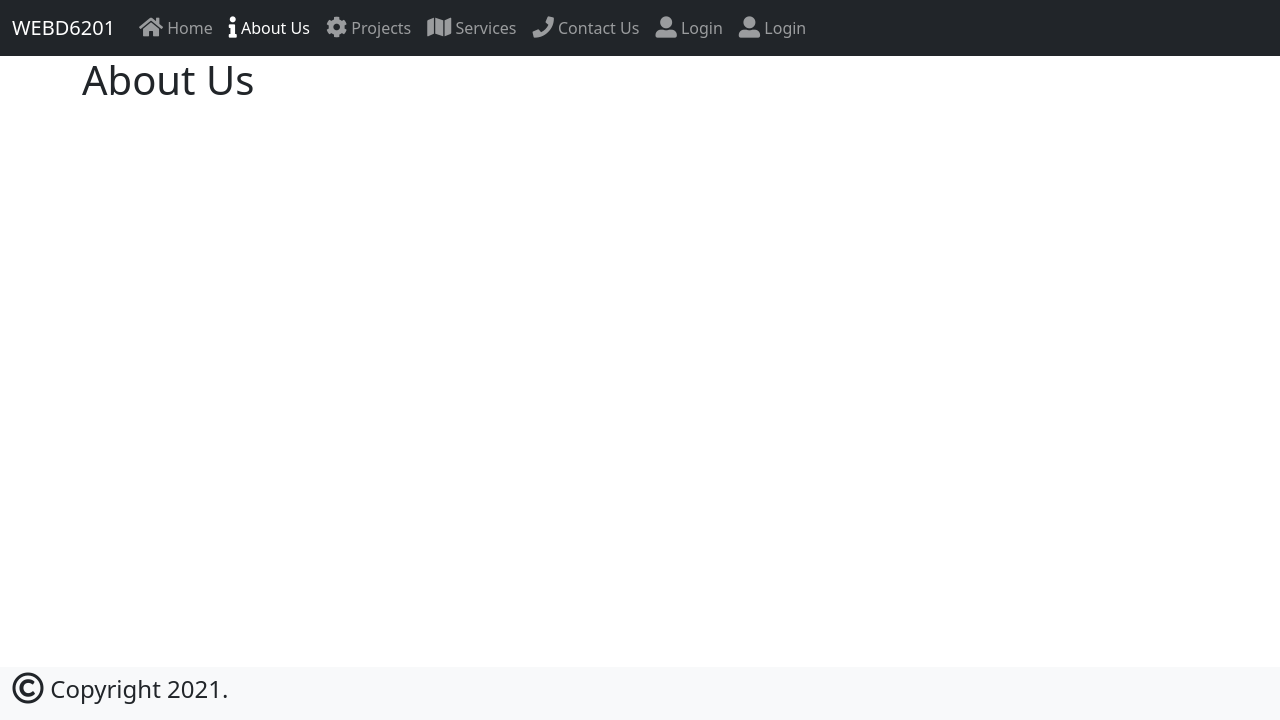
Repository: CKM206/WebD6201-W2021-ICE5
Page: about.html
These files come from the project's save history. The page is drawn as it stood at one moment and after the next save; the edit follows.
The browser window is 1280 px wide. The pictures show the whole page.

Above is the page before, as saved 2021-03-07 00:44:25.

### about.html
<!DOCTYPE html>
<html lang="en">
<head>
    <meta charset="UTF-8">
    <meta name="viewport" content="width=device-width, initial-scale=1.0">
    <title>About</title>
    <!-- CSS Section -->
    <link rel="stylesheet" href="./node_modules/bootstrap/dist/css/bootstrap.min.css">
    <link rel="stylesheet" href="./node_modules/@fortawesome/fontawesome-free/css/all.min.css">
    <link rel="stylesheet" href="./Content/app.css">
</head>
<body>
    <!-- Main Header -->
    <header>
        <!-- Main Navigation -->
        <nav class="navbar navbar-expand-lg navbar-dark bg-dark">
            <div class="container-fluid">
              <a class="navbar-brand" href="index.html">WEBD6201</a>
              <button class="navbar-toggler" type="button" data-bs-toggle="collapse" data-bs-target="#navbarSupportedContent" aria-controls="navbarSupportedContent" aria-expanded="false" aria-label="Toggle navigation">
                <span class="navbar-toggler-icon"></span>
              </button>
              <div class="collapse navbar-collapse" id="navbarSupportedContent">
                <ul class="navbar-nav me-auto mb-2 mb-lg-0">
                  <li class="nav-item">
                    <a class="nav-link" aria-current="page" href="index.html"><i class="fas fa-home fa-lg"></i> Home</a>
                  </li>

                  <li class="nav-item">
                    <a class="nav-link active" aria-current="page" href="about.html"><i class="fas fa-info fa-lg"></i> About Us</a>
                  </li>

                  <li class="nav-item">
                    <a class="nav-link" aria-current="page" href="projects.html"><i class="fas fa-cog fa-lg"></i> Projects</a>
                  </li>

                  <li class="nav-item">
                    <a class="nav-link" aria-current="page" href="services.html"><i class="fas fa-map fa-lg"></i> Services</a>
                  </li>

                  <li class="nav-item">
                    <a class="nav-link" aria-current="page" href="contact.html"><i class="fas fa-phone fa-lg"></i> Contact Us</a>
                  </li>
                 <li class="nav-item">
                    <a class="nav-link" aria-current="page" href="login.html"><i class="fas fa-user-alt fa-lg"></i> Login</a>
                  </li>
                  <li id="loginListItem" class="nav-item">
                    <a class="nav-link" aria-current="page" href="login.html"><i class="fas fa-user-alt fa-lg"></i> Login</a>
                  </li>
                </ul>
              </div>
            </div>
          </nav>
    </header>

    <!-- Main Content -->
    <main class="container">
        <h1>About Us</h1>
    </main>

    <!-- Main Footer -->
    <footer>
        <nav class="navbar fixed-bottom navbar-light bg-light">
            <div class="container-fluid">
              <h4><i class="far fa-copyright fa-lg"></i> Copyright 2021.</h4>
            </div>
          </nav>
    </footer>

    <!-- Script Section-->
    <script src="./node_modules/jquery/dist/jquery.min.js"></script>
    <script src="./node_modules/bootstrap/dist/js/bootstrap.bundle.min.js"></script>

    <script src="./Scripts/namespace.js"></script>
    <script src="./Scripts/app.js"></script>
</body>
</html>

### Content/app.css
/* custom css goes here */
.input-group-addon:first-child
{
    border-right: 0;
}

.input-group-addon
{
    padding: 6px 12px;
    font-size: 14px;
    font-weight: 400;
    line-height: 1;
    text-align: center;
    border: 1px solid darkgrey;
    border-radius: 4xpx;
}

.input-group-addon .fa
{
    font-size: 18px;
}

.input-group .form-control
{
    position:relative;
    z-index: 2;
    float:left;
    width: 100%;
    margin-bottom: 0;
}

.input-group .form-control:last-child
{
    border-top-left-radius: 0;
    border-bottom-left-radius: 0;
}



.login
{
    padding: 2rem 1rem;
    margin-bottom: 2rem;
    background-color: lightgrey;
    border-radius: .3rem;
}

.login input
{
    background-color: white;
    border-color: darkgrey;
    border-radius: .4em;
    width: 100%;
}

### Scripts/namespace.js

// namespace core
let core;

### Scripts/app.js
/* custom JavaScript goes here */

//IIFE - Immediately Invoked Function Expression
//AKA - Anonymous Self-Executing Function
//Closure - limits scope leak

"use strict";

((core) =>
{
    function displayHome()
    {
        let paragraphOneText =
          "This is a simple site to demonstrate DOM Manipulation for ICE 1";

        let paragraphOneElement = document.getElementById("paragraphOne");

        paragraphOneElement.textContent = paragraphOneText;
        paragraphOneElement.className = "fs-5";

        // Step 1. document.createElement
        let newParagraph = document.createElement("p");
        // Step 2. configure the element
        newParagraph.setAttribute("id", "paragraphTwo");
        newParagraph.textContent = "...And this is paragraph two";
        // Step 3. select the parent element
        let mainContent = document.getElementsByTagName("main")[0];
        // Step 4. Add / Insert the element
        mainContent.appendChild(newParagraph);

        newParagraph.className = "fs-6";

        // another way of injecting content
        let paragraphDiv = document.createElement("div");
        let paragraphThree = `<p id="paragraphThree" class="fs-7 fw-bold">And this is the Third Paragraph</p>`;
        paragraphDiv.innerHTML = paragraphThree;

        // insertions

        // example of inserting before a node
        //newParagraph.before(paragraphDiv);

        // example of inserting after a node
        newParagraph.after(paragraphDiv);

        // deletions

        // example of removing a single element
        //paragraphOneElement.remove();

        // example of removeChild
        mainContent.removeChild(paragraphOneElement);

        // update / modification
        //mainContent.firstElementChild.textContent = "Welcome Home!";

        mainContent.innerHTML = `<h1 id="firstHeading">Welcome to WEBD6201 - Lab 1</h1>
         <p id="paragraphOne" class="fs-3 fw-bold">This is my first Paragraph</p>
        `;

    }

    function displayAbout()
    {

    }

    function displayProjects()
    {

    }

    function displayServices()
    {

    }

    function testFullName()
    {
      let messageArea = $("#messageArea").hide();
      let fullNamePattern = /([A-Z][a-z]{1,25})+(\s|,|,\s|-)([A-Z][a-z]{1,25})(\s|,|,\s|-)*/

        // form validation
        $("#fullName").on("blur", function()
        {
          if(!fullNamePattern.test($(this).val()))
          {
            $(this).trigger("focus").trigger("select");
            messageArea.show().addClass("alert alert-danger").text("Please enter a valid Full Name. This must include at least an Capitalized First and Last Name.");
          }
          else
          {
              messageArea.removeAttr("class").hide();
          }
        });
    }

    function testContactNumber()
    {
      let messageArea = $("#messageArea").hide();
      let contactNumberPattern = /^(\+\d{1,2}\s)?\(?\d{3}\)?[\s.-]?\d{3}[\s.-]?\d{4}$/
        // form validation
        $("#contactNumber").on("blur", function()
        {
          if(!contactNumberPattern.test($(this).val()))
          {
            $(this).trigger("focus").trigger("select");
            messageArea.show().addClass("alert alert-danger").text("Please enter a valid Contact Number. Country Code and Area Code are optional.");
          }
          else
          {
              messageArea.removeAttr("class").hide();
          }
        });
    }

    function testEmailAddress()
    {
      let messageArea = $("#messageArea").hide();
      let emailAddressPattern = /^([a-zA-Z0-9._%-]+@[a-zA-Z0-9.-]+\.[a-zA-Z]{2,6})*$/
        // form validation
        $("#emailAddress").on("blur", function()
        {
          if(!emailAddressPattern.test($(this).val()))
          {
            $(this).trigger("focus").trigger("select");
            messageArea.show().addClass("alert alert-danger").text("Please enter a valid email address.");
          }
          else
          {
              messageArea.removeAttr("class").hide();
          }
        });
    }

    function formValidation()
    {
      testFullName();
      testContactNumber();
      testEmailAddress();
    }

    function displayContact()
    {

      // Form Validation
      formValidation();

      $("#sendButton").on("click", (event)=>
      {
        if($("#subscribeCheckbox")[0].checked)
        {
          let contact = new core.Contact(fullName.value, contactNumber.value, emailAddress.value);

          if(contact.serialize())
          {
            let key = contact.FullName.slice(0,1) + Date.now();
            localStorage.setItem(key, contact.serialize());
          }
          }
      });
    }

    function displayContactList()
    {
      // SHows what happens with asynchronous methods
      //console.log("Outside the event listener: " + XHR.responseText);

      if (localStorage.length > 0)
      {
        let contactList = document.getElementById("contactList");

        let data = "";

        let keys = Object.keys(localStorage);

        let index = 0;

        for (const key of keys)
        {

          let contactData = localStorage.getItem(key);

          let contact = new core.Contact();
          contact.deserialize(contactData);

          data += `<tr>
          <th class="text-center" scope="row">${index}</th>
          <td>${contact.FullName}</td>
          <td>${contact.ContactNumber}</td>
          <td>${contact.EmailAddress}</td>
          <td class="text-center"><button value="${key}" class="btn btn-primary btn-sm edit"><i class="fas fa-edit fa-sm"></i> Edit</button></td>
          <td class="text-center"><button value="${key}" class="btn btn-danger btn-sm delete"><i class="fas fa-trash-alt fa-sm"></i> Delete</button></td>
        </tr>`;

        index++;
        }

        contactList.innerHTML = data;


        $("button.edit").on("click", function(){
          location.href = "edit.html#" + $(this).val();
         });

         $("button.delete").on("click", function(){
           if(confirm("Are you sure?"))
           {
            localStorage.removeItem($(this).val());
            location.href = "contact-list.html"; // refresh the page
           }
         });

         $("#addButton").on("click", function()
         {
           location.href = "edit.html";
         });
      }
    }


    function displayEdit()
    {
      // Get the Key from the url hash
      let key = location.hash.substring(1);
      // Set up a new contact to hold info
      let contact = new core.Contact();

      // Check if the key is empty, if not
      if (key != "")
      {
        // Get the contact information
        contact.deserialize(localStorage.getItem(key));

        // Display the information in the form
        $("#fullName").val(contact.FullName);
        $("#contactNumber").val(contact.ContactNumber);
        $("#emailAddress").val(contact.EmailAddress);
      }
      else
      {
        $("main>h1").text("Add Contact");
        $("#editButton").html('<i class="fas fa-plus-circle fa-lg"></i> Add');
      }

      // Form Validation
      formValidation();

      // When the edit button is clicked
      $("#editButton").one("click", function()
      {

        if(document.forms[0].checkValidity())
        {
          // If the key is empty, we are making a new contact
          if(key == "")
          {
            // Create a new key for this contact
            key = contact.FullName.slice(0,1) + Date.now();
          }

          // Copy the Contact Info from the form into the Contact Objet
          contact.FullName = $("#fullName").val();
          contact.ContactNumber = $("#contactNumber").val();
          contact.EmailAddress = $("#emailAddress").val();

          // Add the Contact to LocalStorage
          localStorage.setItem(key, contact.serialize());
          location.href = "contact-list.html";
        }



      });

      // When the Cancel Button is clicked
      $("#cancelButton").on("click", function()
      {
        // Return the user to the contact list
        location.href = "contact-list.html";
      });

    }

    function displayLogin()
    {

    }

    function displayRegister()
    {

    }


    function Start()
    {
        console.log("App Started...");

        switch (document.title)
        {
          case "Home":
              displayHome();
            break;
          case "About":
              displayAbout();
            break;
          case "Projects":
              displayProjects();
            break;
          case "Services":
              displayServices();
            break;
          case "Contact":
              displayContact();
            break;
          case "Contact-List":
            displayContactList();
            break;
          case "Edit":
            displayEdit();
            break;
          case "Login":
            displayLogin();
            break;
          case "Register":
            displayRegister();
            break;
        }

    }

    window.addEventListener("load", Start);

    core.Start = Start;

})(core || (core={}));

Loaded but not shown: node_modules/bootstrap/dist/css/bootstrap.min.css (library); node_modules/@fortawesome/fontawesome-free/css/all.min.css (library); node_modules/jquery/dist/jquery.min.js (library); node_modules/bootstrap/dist/js/bootstrap.bundle.min.js (library)

After the next save:
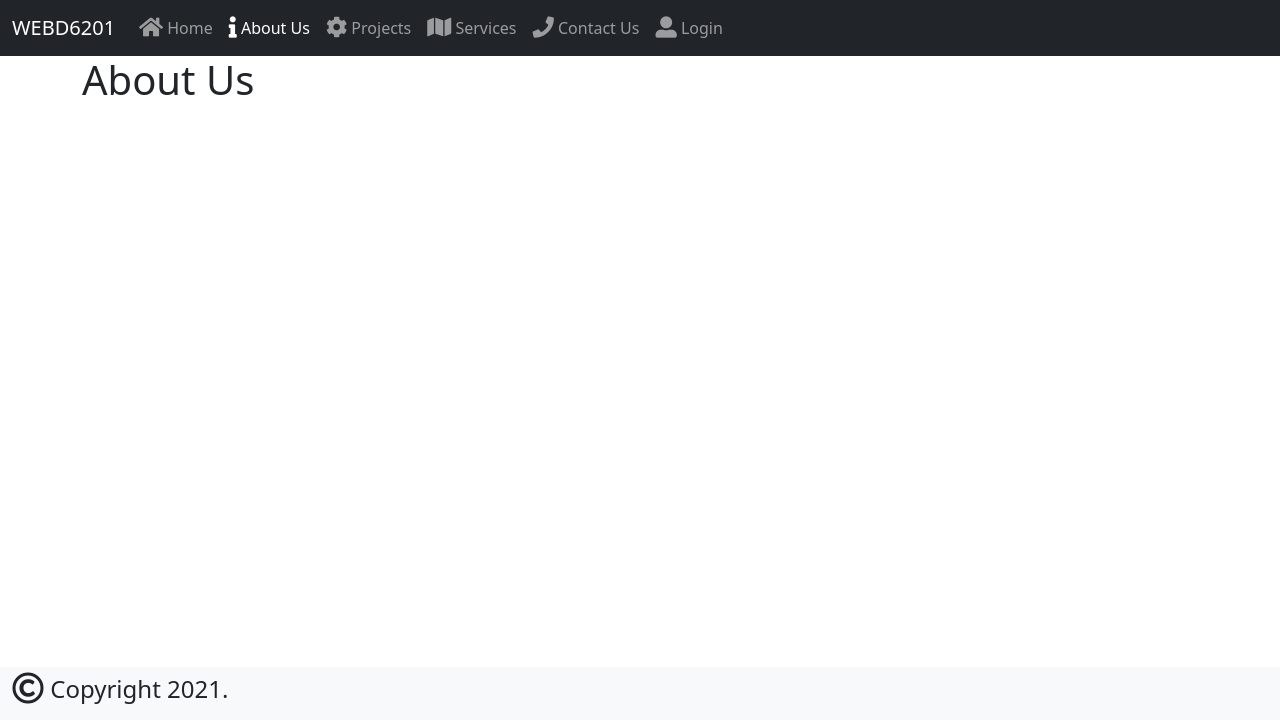
Saved 22 s later.
--- a/about.html
+++ b/about.html
@@ -40,9 +40,6 @@
                   <li class="nav-item">
                     <a class="nav-link" aria-current="page" href="contact.html"><i class="fas fa-phone fa-lg"></i> Contact Us</a>
                   </li>
-                 <li class="nav-item">
-                    <a class="nav-link" aria-current="page" href="login.html"><i class="fas fa-user-alt fa-lg"></i> Login</a>
-                  </li>
                   <li id="loginListItem" class="nav-item">
                     <a class="nav-link" aria-current="page" href="login.html"><i class="fas fa-user-alt fa-lg"></i> Login</a>
                   </li>
